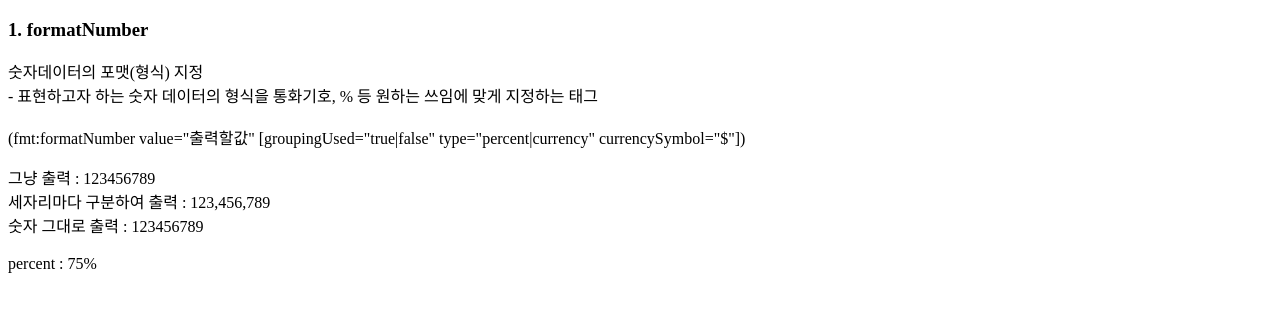
Repository: Young-27/DailyStudy
Page: http://localhost/actionProject/views/3_customAction/02_fmt.jsp
The author's editor kept a copy of each file at every save. The page is drawn from the files as they stood at one save, then again after a run of saves.
The browser window is 1280 px wide. The pictures show the whole page.
The page is served by Tomcat 9. Other server files are loaded and not shown.

Above is the page before, as saved 2021-06-18 07:04:12.

### Server/web-workspace2/actionProject/WebContent/views/3_customAction/02_fmt.jsp
<%@ page language="java" contentType="text/html; charset=UTF-8"
    pageEncoding="UTF-8"%>
<%@ taglib prefix="fmt" uri="http://java.sun.com/jsp/jstl/fmt" %>
<%@ taglib prefix="c" uri="http://java.sun.com/jsp/jstl/core" %>
<!DOCTYPE html>
<html>
<head>
<meta charset="UTF-8">
<title>Insert title here</title>
</head>
<body>
	<h3>1. formatNumber</h3>
	<p>
		숫자데이터의 포맷(형식) 지정 <br>
		- 표현하고자 하는 숫자 데이터의 형식을 통화기호, % 등 원하는 쓰임에 맞게 지정하는 태그 <br><br>

		(fmt:formatNumber value="출력할값" [groupingUsed="true|false" type="percent|currency" currencySymbol="$"])
	</p>

	<c:set var="num1" value="123456789"/>
	<c:set var="num2" value="0.75"/>
	<c:set var="num3" value="50000"/>

	그냥 출력 : ${ num1 } <br>
	세자리마다 구분하여 출력 : <fmt:formatNumber value="${ num1 }"/> <br> <!-- groupingUsed 기본값 == true == 구분자 유 -->
	숫자 그대로 출력 : <fmt:formatNumber value="${ num1 }" groupingUsed="false"/> <br><br>
	<!-- groupingUsed : 숫자 단위의 구분자(,) 표시 여부 지정 -->

	percent : <fmt:formatNumber value="${ num2 }" type="percent"/>










</body>
</html>

After the next 2 saves:
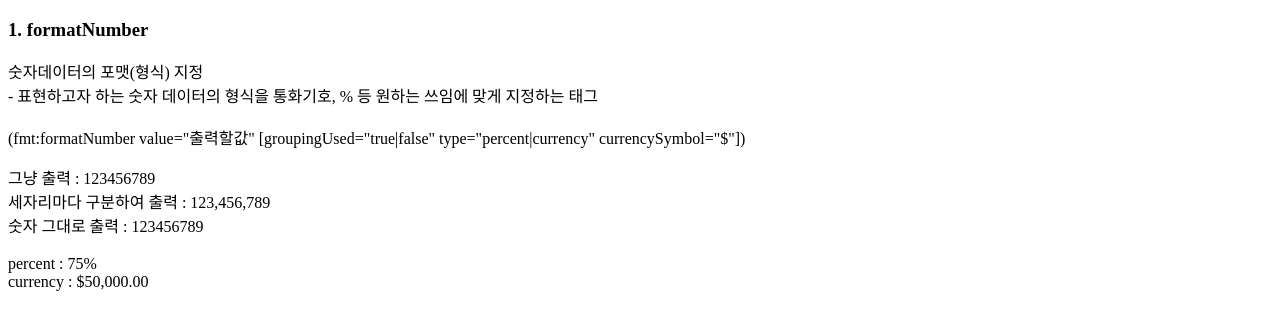
The 2 saves are shown as one change because they came seconds apart.
The last was saved 112 s later.
--- a/Server/web-workspace2/actionProject/WebContent/views/3_customAction/02_fmt.jsp
+++ b/Server/web-workspace2/actionProject/WebContent/views/3_customAction/02_fmt.jsp
@@ -26,7 +26,8 @@
 	숫자 그대로 출력 : <fmt:formatNumber value="${ num1 }" groupingUsed="false"/> <br><br>
 	<!-- groupingUsed : 숫자 단위의 구분자(,) 표시 여부 지정 -->
 
-	percent : <fmt:formatNumber value="${ num2 }" type="percent"/>
+	percent : <fmt:formatNumber value="${ num2 }" type="percent"/> <br>
+	currency : <fmt:formatNumber value="${ num3 }" type="currency"/> <br>
 
 
 
